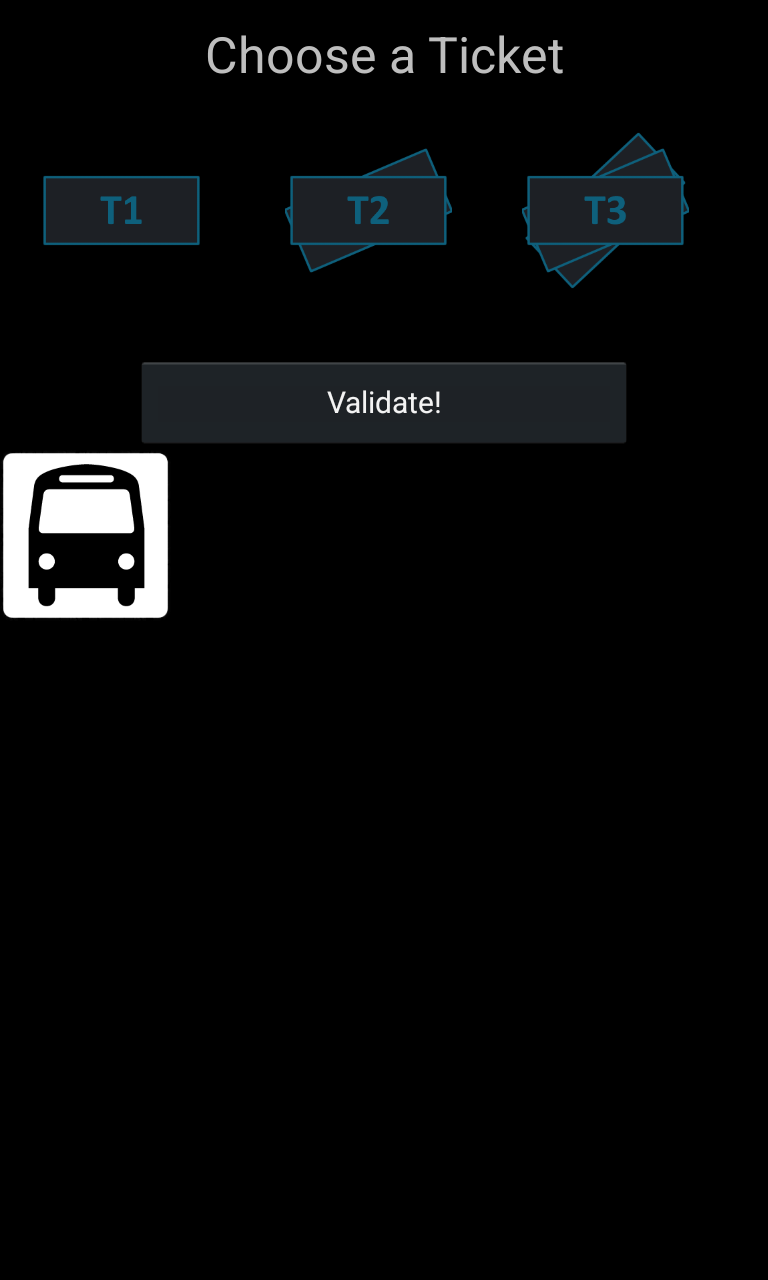
Repository: Nelspike/BusTicketer
Layout: PassengerMode/res/layout/fragment_show_tickets.xml
The author's editor kept a copy of each file at every save. The layout is drawn from the files as they stood at one save, then again after the next save.
It is drawn on a 768 x 1280 px phone screen (xhdpi) without system bars, with theme AppTheme; the app's code is not run.

Above is the layout before, as saved 2013-10-19 20:23:23.

After the next save:
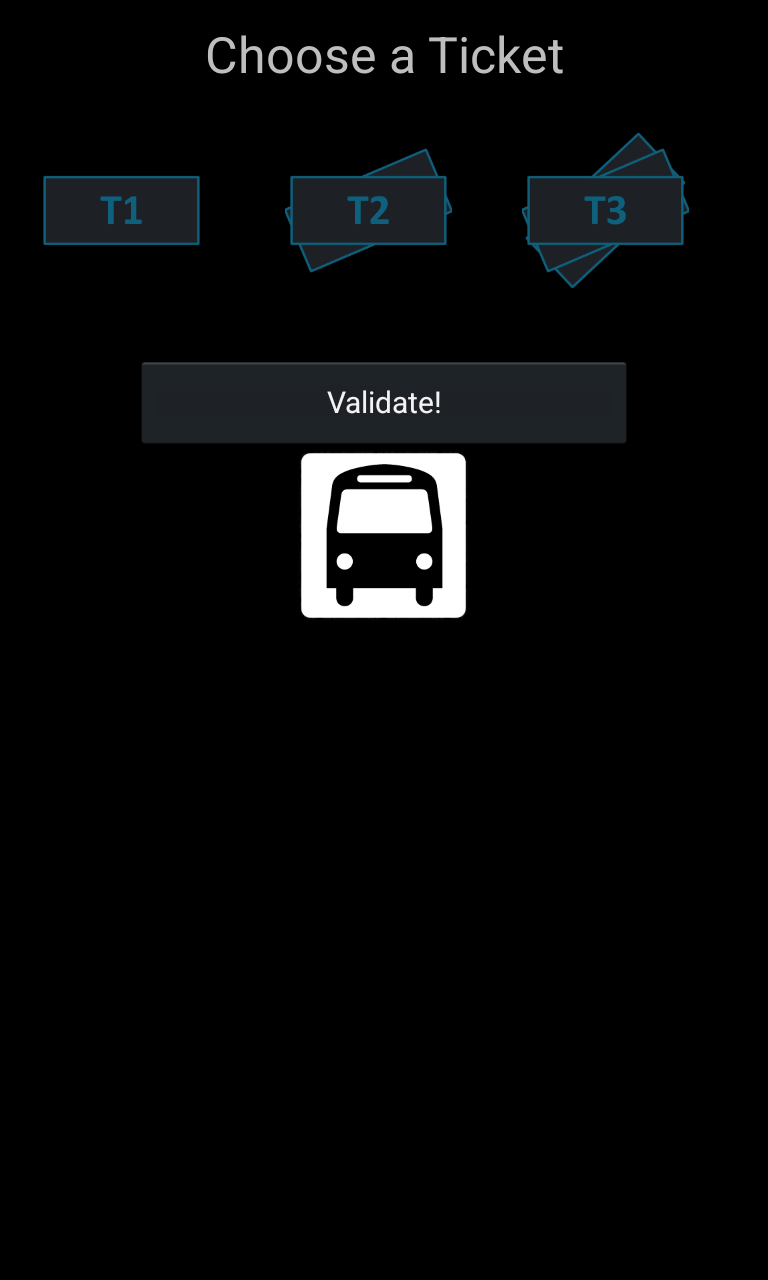
Saved 11 s later.
--- a/PassengerMode/res/layout/fragment_show_tickets.xml
+++ b/PassengerMode/res/layout/fragment_show_tickets.xml
@@ -63,7 +63,8 @@
 		    android:contentDescription="@string/description"
 		    android:layout_width="wrap_content"
 		    android:layout_height="wrap_content"
-		    android:src="@drawable/bus"/>
+		    android:src="@drawable/bus"
+		    android:layout_gravity="center"/>
 
     </LinearLayout>
 

After the 3 saves that followed:
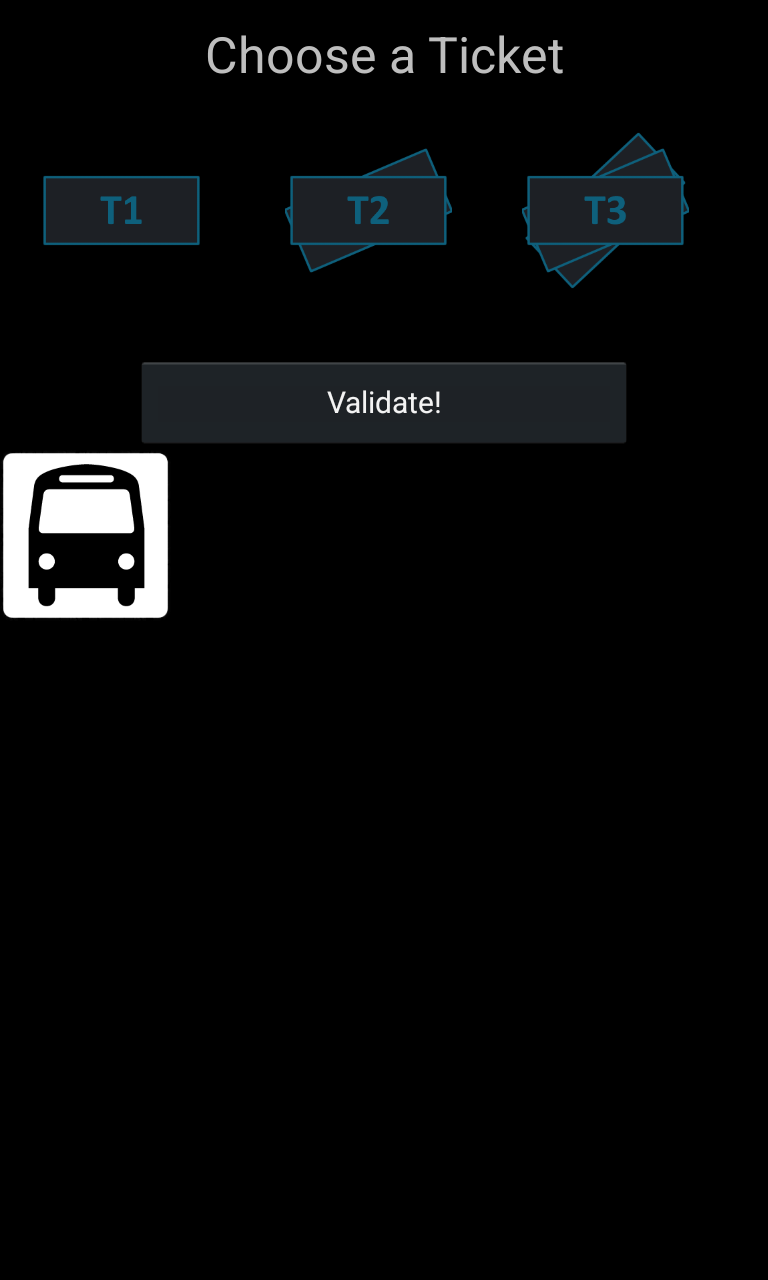
The 3 saves are shown as one change because 2 left the picture as it was.
The last was saved 30 s later.
--- a/PassengerMode/res/layout/fragment_show_tickets.xml
+++ b/PassengerMode/res/layout/fragment_show_tickets.xml
@@ -62,9 +62,9 @@
 		    android:id="@+id/qr_code_holder"
 		    android:contentDescription="@string/description"
 		    android:layout_width="wrap_content"
-		    android:layout_height="wrap_content"
+		    android:layout_height="match_parent"
 		    android:src="@drawable/bus"
-		    android:layout_gravity="center"/>
+		    android:layout_gravity="center_vertical"/>
 
     </LinearLayout>
 
